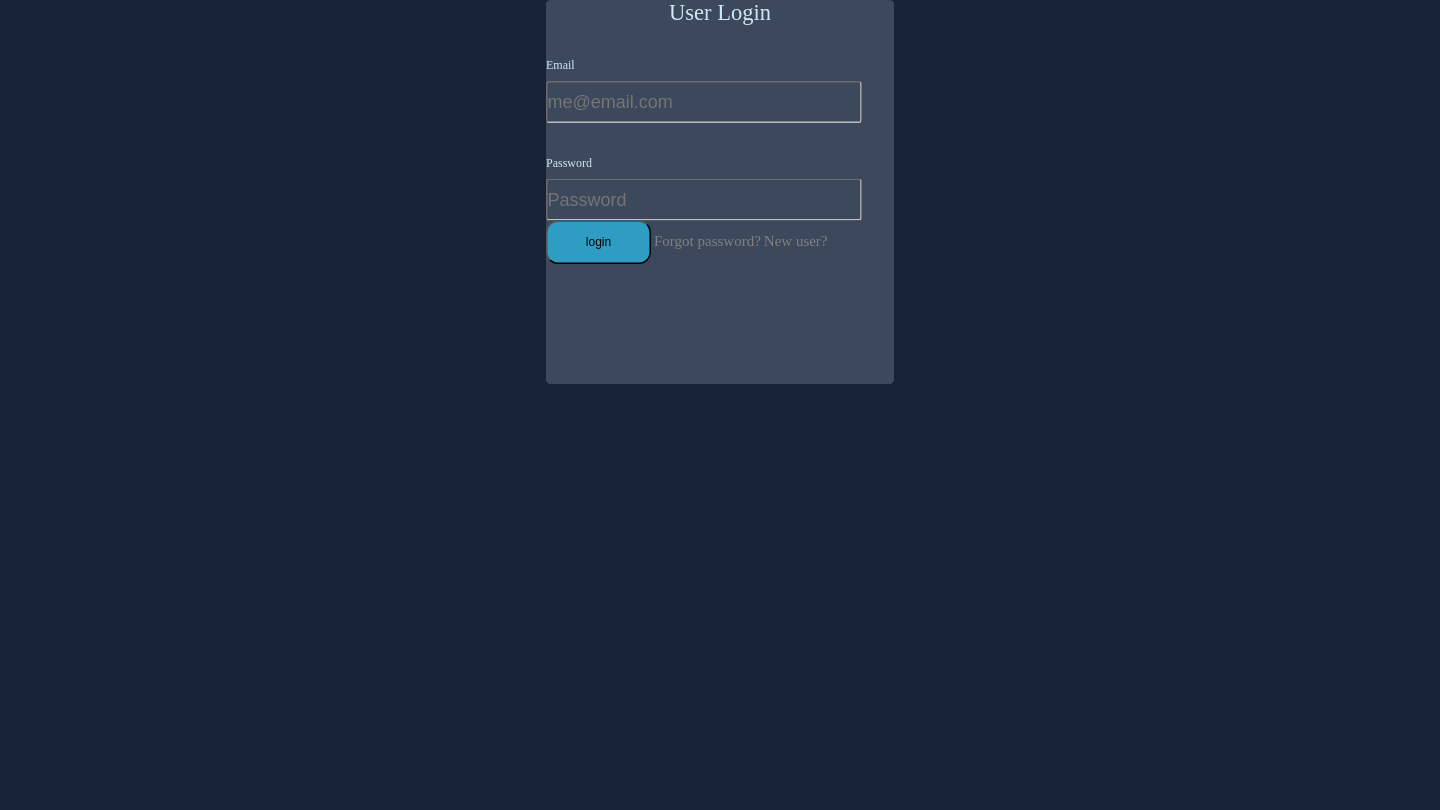
Repository: leystra019/nea
Page: html/user login.html
The author's editor kept a copy of each file at every save. The page is drawn from the files as they stood at one save, then again after a run of saves.
The browser window is 1280 px wide. The page is 1920 px wide, so the pictures cover 1920 px, including what lies to the right of the window. The pictures show the whole page, at 75% of full size.

Above is the page before, as saved 2022-12-12 09:56:57.

After the next 2 saves:
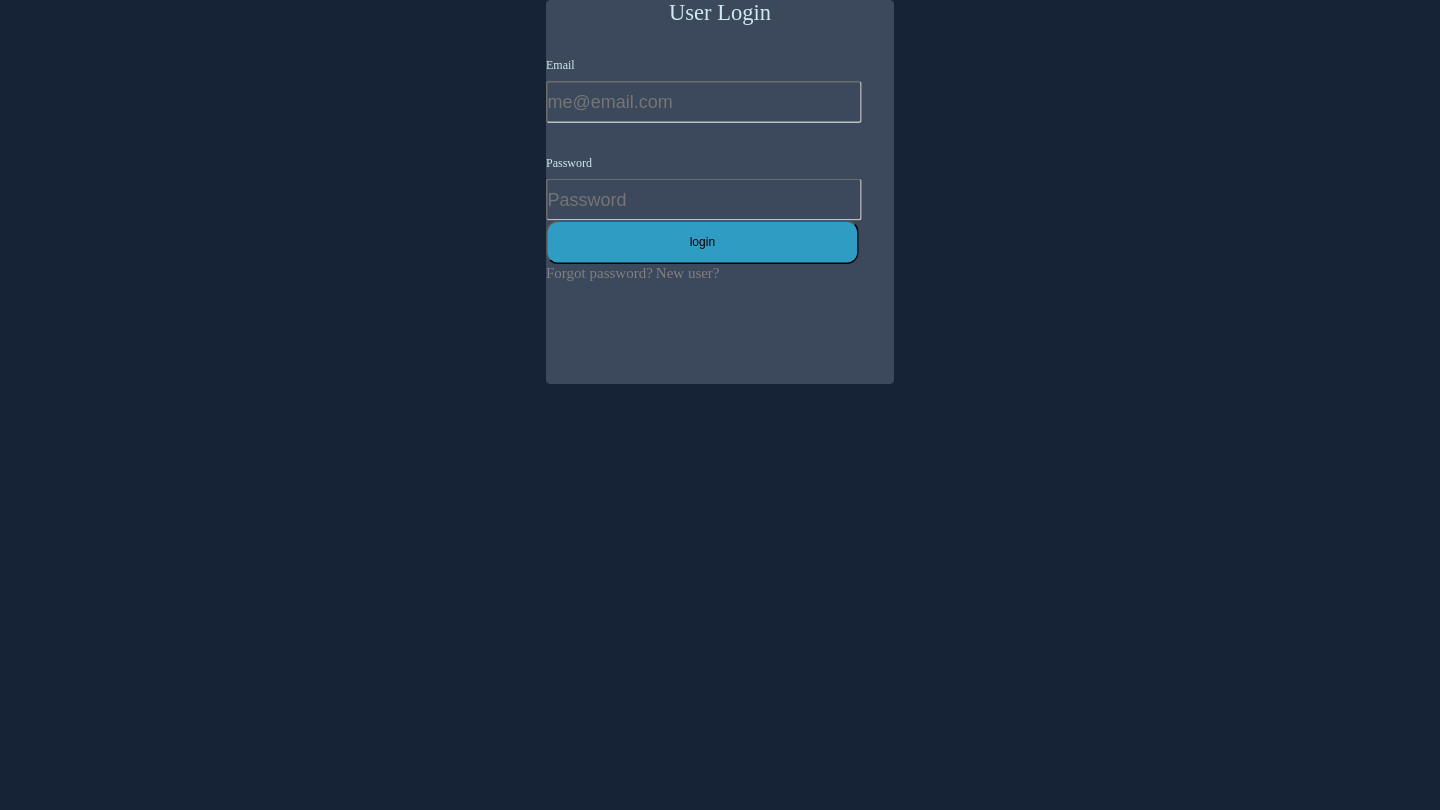
The 2 saves are shown as one change because they came seconds apart.
The last was saved 15 s later.
--- a/css/login.css
+++ b/css/login.css
@@ -68,7 +68,7 @@ b {
   margin-top: 25px;
   margin-left: 250px;
   margin-bottom: 40px;
-  width: 140px;
+  width: 417px;
   height: 58px;
   background-color: #2F9CC3;
   text-align: center;
